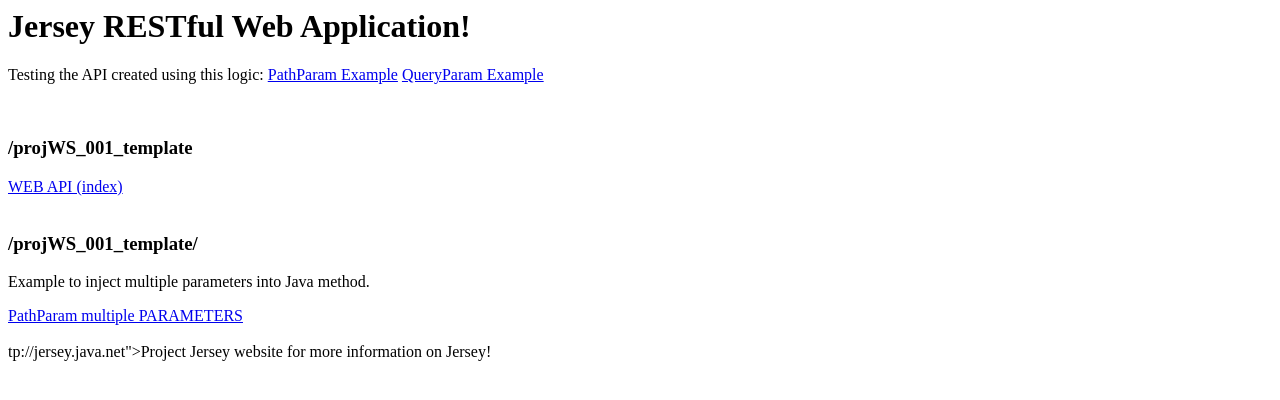
Repository: atafs/BackEnd_JAX-RS_REST_2continue
Page: http://localhost/projWS_001_template/
These files come from the project's save history. The page is drawn as it stood at one moment and after the next save; the edit follows.
The browser window is 1280 px wide. The pictures show the whole page.
The page is served by Tomcat 9. Other server files are loaded and not shown.

Above is the page before, as saved 2016-05-02 11:45:40.

### projWS_001_template/src/main/webapp/index.jsp
<html>
<body>
     <!-- TITLE -->
	<h1>Jersey RESTful Web Application!</h1>


	<!-- TXT -->
	<p>Testing the API created using this logic:
		<a href="http://www.mkyong.com/webservices/jax-rs/jax-rs-pathparam-example/">PathParam Example</a>
		<a href="http://www.mkyong.com/webservices/jax-rs/jax-rs-queryparam-example/">QueryParam Example</a>
	</p><br/>

	<!-- LINKS -->
	<h3>/projWS_001_template</h3>
	<a href="http://localhost:8085/projWS_001_template/">WEB API (index)</a><br/><br/>

	<h3>/projWS_001_template/</h3>
	<p>Example to inject multiple parameters into Java method.</p>
	<a href="http://localhost:8085/projWS_001_template/">PathParam multiple PARAMETERS</a><br/><br/>	tp://jersey.java.net">Project Jersey website</a>
    for more information on Jersey!
</body>
</html>

After the next save:
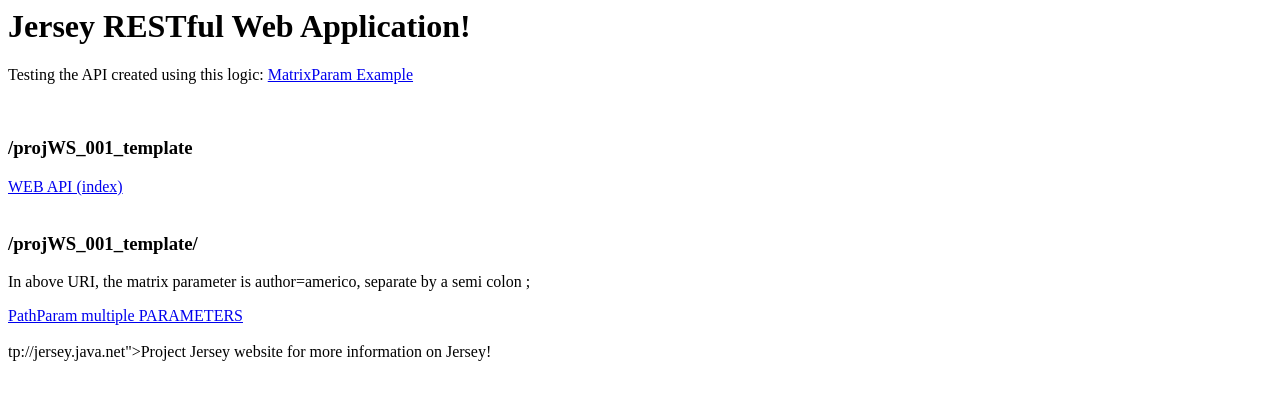
Saved 114 s later.
--- a/projWS_001_template/src/main/webapp/index.jsp
+++ b/projWS_001_template/src/main/webapp/index.jsp
@@ -3,11 +3,9 @@
      <!-- TITLE -->
 	<h1>Jersey RESTful Web Application!</h1>
 
-
 	<!-- TXT -->
 	<p>Testing the API created using this logic:
-		<a href="http://www.mkyong.com/webservices/jax-rs/jax-rs-pathparam-example/">PathParam Example</a>
-		<a href="http://www.mkyong.com/webservices/jax-rs/jax-rs-queryparam-example/">QueryParam Example</a>
+		<a href="http://www.mkyong.com/webservices/jax-rs/jax-rs-matrixparam-example/">MatrixParam Example</a>
 	</p><br/>
 
 	<!-- LINKS -->
@@ -15,8 +13,11 @@
 	<a href="http://localhost:8085/projWS_001_template/">WEB API (index)</a><br/><br/>
 
 	<h3>/projWS_001_template/</h3>
-	<p>Example to inject multiple parameters into Java method.</p>
+	<p>In above URI, the matrix parameter is author=americo, separate by a semi colon ;</p>
 	<a href="http://localhost:8085/projWS_001_template/">PathParam multiple PARAMETERS</a><br/><br/>	tp://jersey.java.net">Project Jersey website</a>
     for more information on Jersey!
+
+
+    <!-- ------------------- -->
 </body>
 </html>
